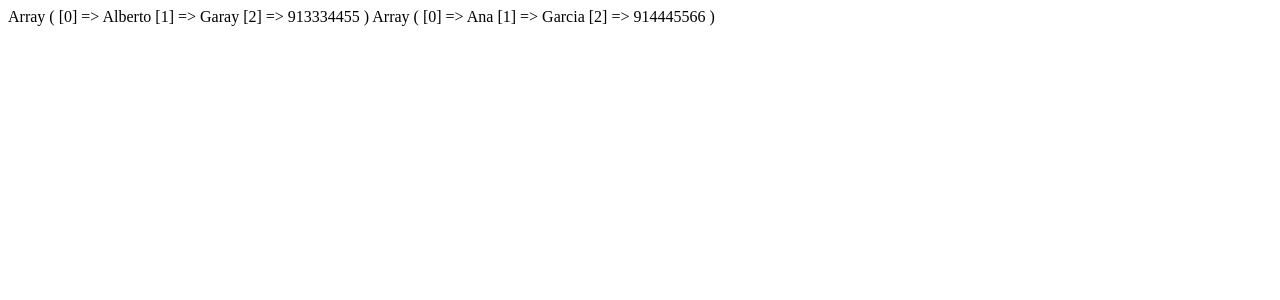
Repository: JaimeMarTal/JaimePHP
Page: http://localhost/ev1/ej11.php
An editor plug-in stored every save of this project. The page is shown before and after the next save, followed by the edit.
The browser window is 1280 px wide. The pictures show the whole page.
The page is run by PHP 8.4 with error messages shown; the project is at /var/www/html/.

Above is the page before, as saved 2020-10-02 07:05:16.

### clase/ev1/ej11.php
<?php
namespace ev1;

$cadena='Alberto:Garay:913334455//Ana:Garcia:914445566';

$cadena2=explode('//',$cadena);
//print_r($cadena2);

foreach ($cadena2 as $elemento){

    $datos = explode(':',$elemento);
    print_r($datos);

}



?>

After the next save:
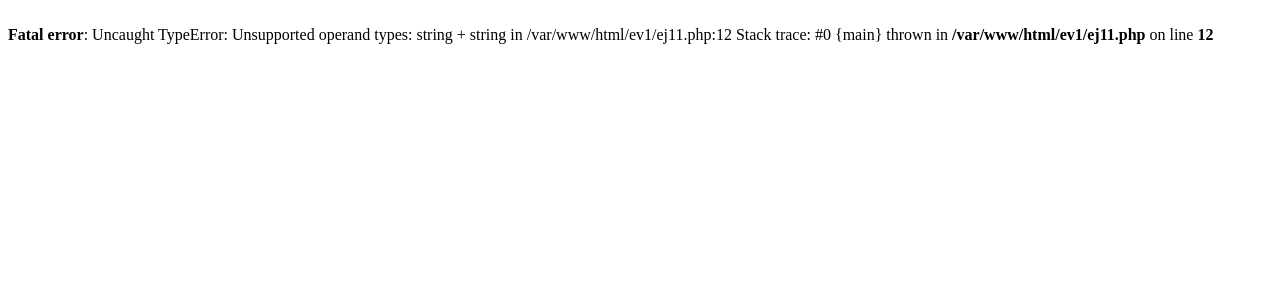
Saved 2 min 13 s later.
--- a/clase/ev1/ej11.php
+++ b/clase/ev1/ej11.php
@@ -6,10 +6,10 @@ $cadena='Alberto:Garay:913334455//Ana:Garcia:914445566';
 $cadena2=explode('//',$cadena);
 //print_r($cadena2);
 
-foreach ($cadena2 as $elemento){
+foreach ($cadena2 as $posicion=>$elemento){
 
     $datos = explode(':',$elemento);
-    print_r($datos);
+    echo 'Nombre:'+$datos[$posicion];
 
 }
 
